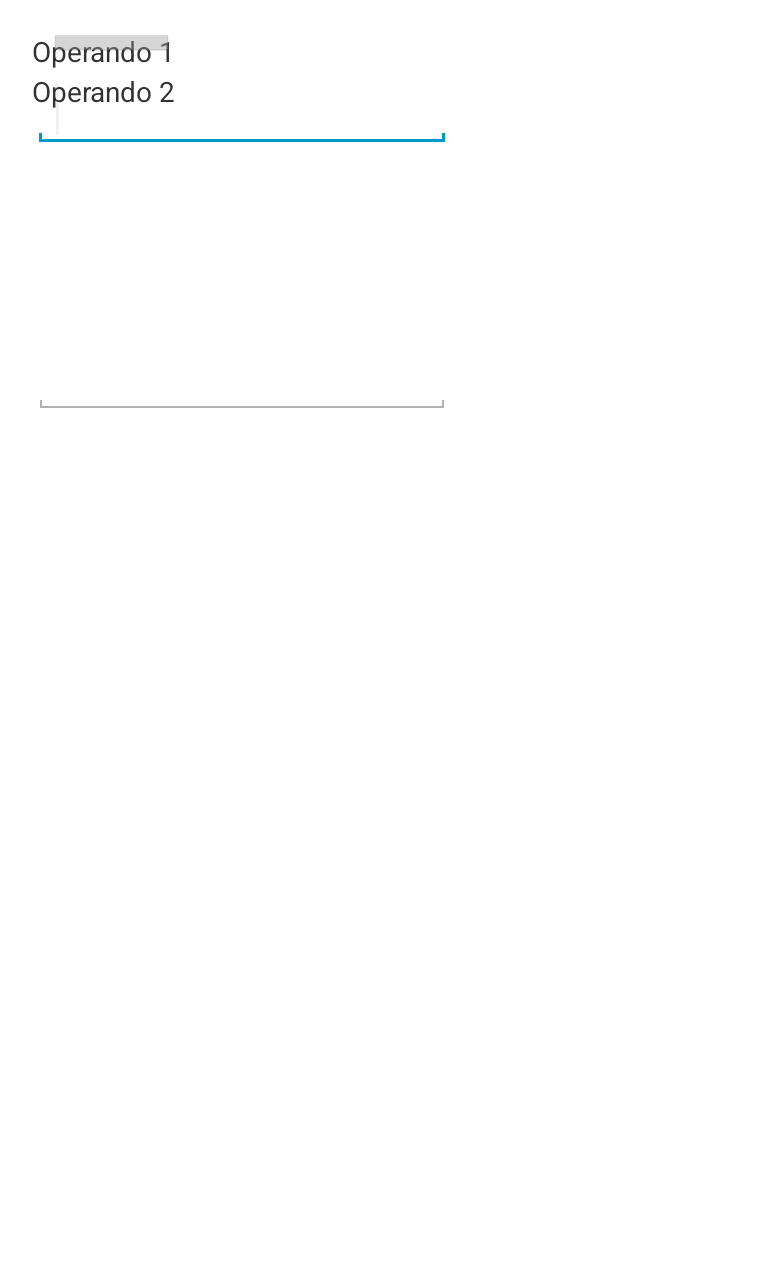
Repository: paullfull21/pmdm
Layout: ResultadoSuma/res/layout/activity_main.xml
These files come from the project's save history. The layout is drawn as it stood at one moment and after the next save; the edit follows.
It is drawn on a 768 x 1280 px phone screen (xhdpi) without system bars, with theme AppTheme; the app's code is not run.

Above is the layout before, as saved 2013-10-08 20:54:29.

### ResultadoSuma/res/layout/activity_main.xml
<RelativeLayout xmlns:android="http://schemas.android.com/apk/res/android"
    xmlns:tools="http://schemas.android.com/tools"
    android:layout_width="match_parent"
    android:layout_height="match_parent"
    android:paddingBottom="@dimen/activity_vertical_margin"
    android:paddingLeft="@dimen/activity_horizontal_margin"
    android:paddingRight="@dimen/activity_horizontal_margin"
    android:paddingTop="@dimen/activity_vertical_margin"
    tools:context=".MainActivity" >

    <TextView
        android:id="@+id/textView1"
        android:layout_width="wrap_content"
        android:layout_height="wrap_content"
        android:layout_alignParentLeft="true"
        android:layout_alignParentTop="true"
        android:text="@string/operando_uno" />

    <EditText
        android:id="@+id/operandoUno"
        android:layout_width="wrap_content"
        android:layout_height="wrap_content"
        android:layout_alignParentLeft="true"
        android:layout_below="@+id/textView1"
        android:ems="10"
        android:inputType="numberDecimal" >

        <requestFocus />
    </EditText>

    <TextView
        android:id="@+id/textView2"
        android:layout_width="wrap_content"
        android:layout_height="wrap_content"
        android:layout_alignRight="@+id/textView1"
        android:layout_below="@+id/editText1"
        android:layout_marginTop="20dp"
        android:text="@string/operando_dos" />

    <Button
        android:id="@+id/buttonSuma"
        style="?android:attr/buttonStyleSmall"
        android:layout_width="wrap_content"
        android:layout_height="wrap_content"
        android:layout_above="@+id/operandoDos"
        android:layout_alignRight="@+id/textView2"
        android:layout_marginBottom="48dp"
        android:text="@string/boton_suma" />

    <EditText
        android:id="@+id/operandoDos"
        android:layout_width="wrap_content"
        android:layout_height="wrap_content"
        android:layout_alignLeft="@+id/operandoUno"
        android:layout_below="@+id/operandoUno"
        android:layout_marginTop="94dp"
        android:ems="10"
        android:inputType="numberDecimal" />

</RelativeLayout>

### ResultadoSuma/res/values/strings.xml
<?xml version="1.0" encoding="utf-8"?>
<resources>

    <string name="app_name">ResultadoSuma</string>
    <string name="action_settings">Settings</string>
    <string name="hello_world">Hello world!</string>
    <string name="operando_uno">Operando 1</string>
    <string name="operando_dos">Operando 2</string>
    <string name="boton_suma">Sumar</string>

</resources>

Loaded but not shown: ResultadoSuma/res/values/styles.xml (common file); ResultadoSuma/res/values-v11/styles.xml (common file); ResultadoSuma/res/values-v14/styles.xml (common file); ResultadoSuma/res/values/dimens.xml (common file)

After the next save:
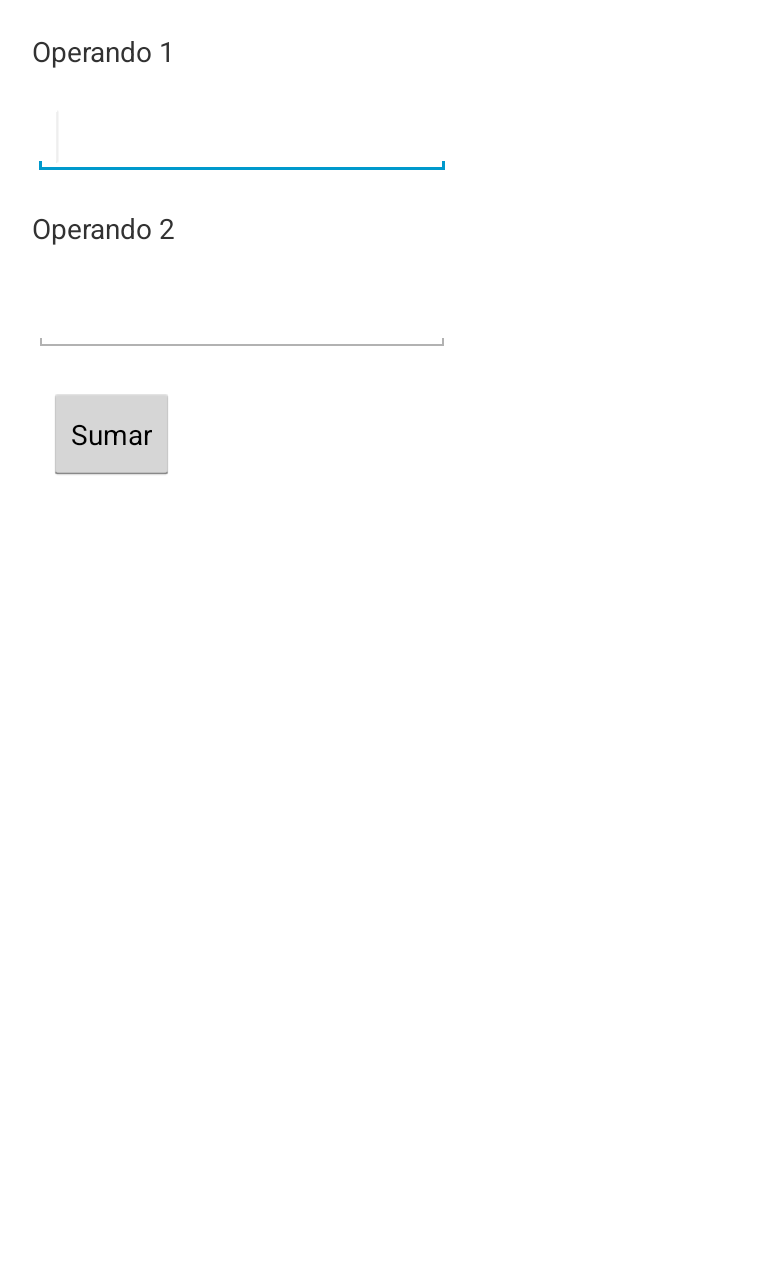
Saved 69 s later.
--- a/ResultadoSuma/res/layout/activity_main.xml
+++ b/ResultadoSuma/res/layout/activity_main.xml
@@ -20,8 +20,9 @@
         android:id="@+id/operandoUno"
         android:layout_width="wrap_content"
         android:layout_height="wrap_content"
-        android:layout_alignParentLeft="true"
+        android:layout_alignLeft="@+id/textView1"
         android:layout_below="@+id/textView1"
+        android:layout_marginTop="14dp"
         android:ems="10"
         android:inputType="numberDecimal" >
 
@@ -32,29 +33,29 @@
         android:id="@+id/textView2"
         android:layout_width="wrap_content"
         android:layout_height="wrap_content"
-        android:layout_alignRight="@+id/textView1"
-        android:layout_below="@+id/editText1"
-        android:layout_marginTop="20dp"
+        android:layout_alignLeft="@+id/operandoUno"
+        android:layout_below="@+id/operandoUno"
+        android:layout_marginTop="16dp"
         android:text="@string/operando_dos" />
+
+    <EditText
+        android:id="@+id/operandoDos"
+        android:layout_width="wrap_content"
+        android:layout_height="wrap_content"
+        android:layout_alignLeft="@+id/textView2"
+        android:layout_below="@+id/textView2"
+        android:layout_marginTop="14dp"
+        android:ems="10"
+        android:inputType="numberDecimal" />
 
     <Button
         android:id="@+id/buttonSuma"
         style="?android:attr/buttonStyleSmall"
         android:layout_width="wrap_content"
         android:layout_height="wrap_content"
-        android:layout_above="@+id/operandoDos"
         android:layout_alignRight="@+id/textView2"
-        android:layout_marginBottom="48dp"
+        android:layout_below="@+id/operandoDos"
+        android:layout_marginTop="16dp"
         android:text="@string/boton_suma" />
 
-    <EditText
-        android:id="@+id/operandoDos"
-        android:layout_width="wrap_content"
-        android:layout_height="wrap_content"
-        android:layout_alignLeft="@+id/operandoUno"
-        android:layout_below="@+id/operandoUno"
-        android:layout_marginTop="94dp"
-        android:ems="10"
-        android:inputType="numberDecimal" />
-
 </RelativeLayout>
